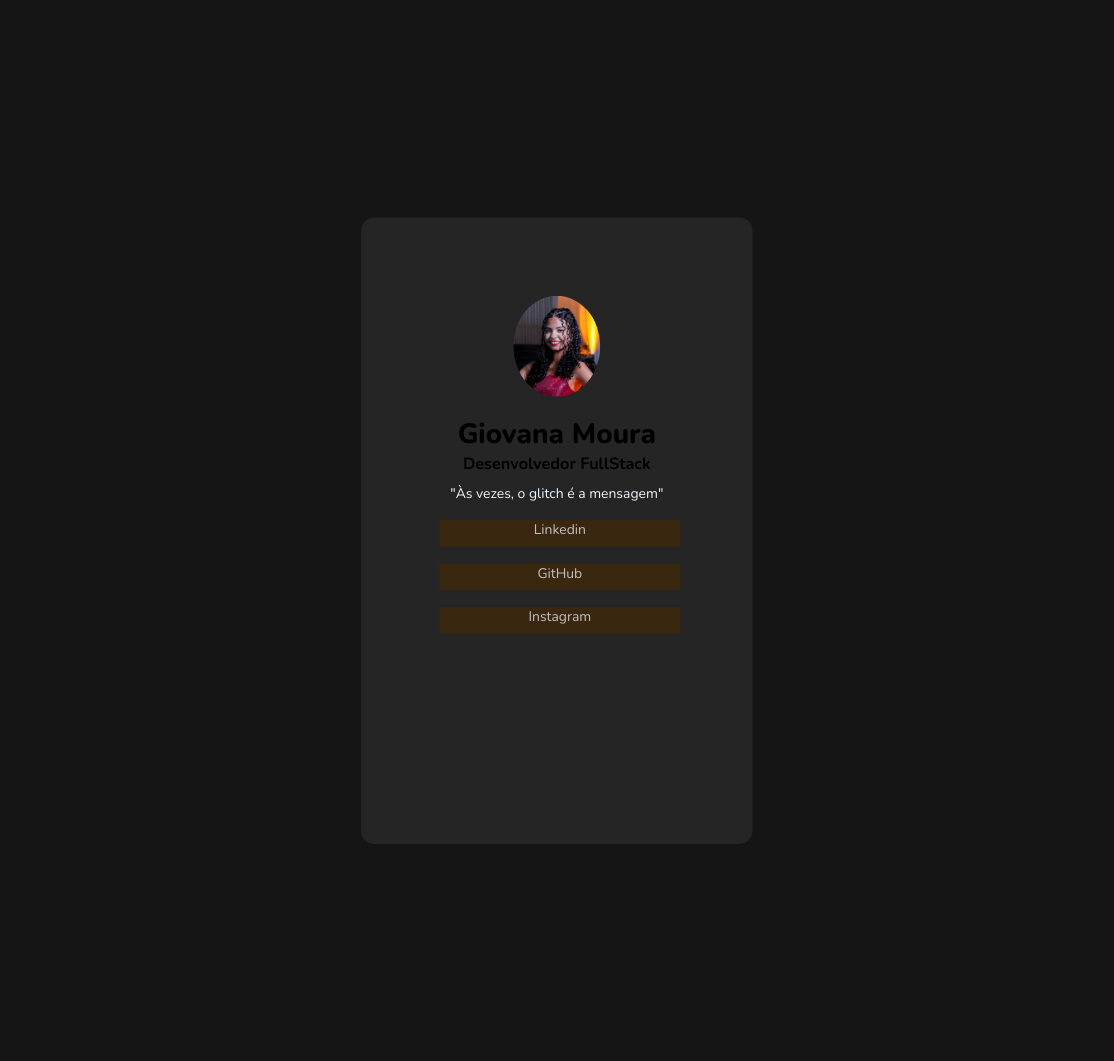
Repository: gimoli/linktree-giovana
Page: index.html
These files come from the project's save history. The page is drawn as it stood at one moment and after the next save; the edit follows.
The browser window is 1280 px wide. The pictures show the whole page, at 87% of full size.

Above is the page before, as saved 2025-04-11 09:11:14.

After the next save:
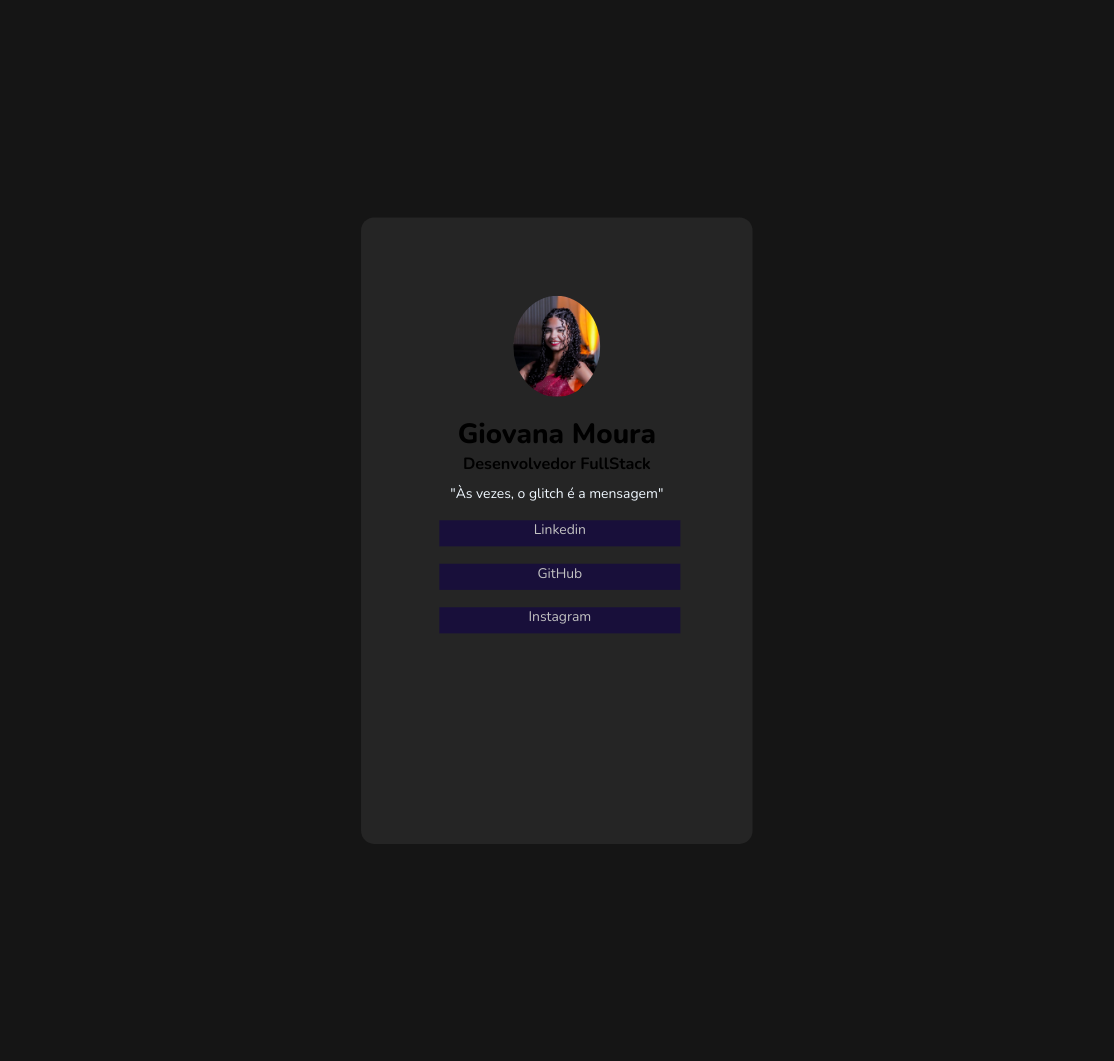
Saved 4 s later.
--- a/style.css
+++ b/style.css
@@ -56,7 +56,7 @@ body {
 .container-social li{
   width: 277px;
   height: 30px;
-  background-color: rgb(58, 39, 15);
+  background-color: rgb(24, 15, 58);
   margin: 20px 0;
 }
 
